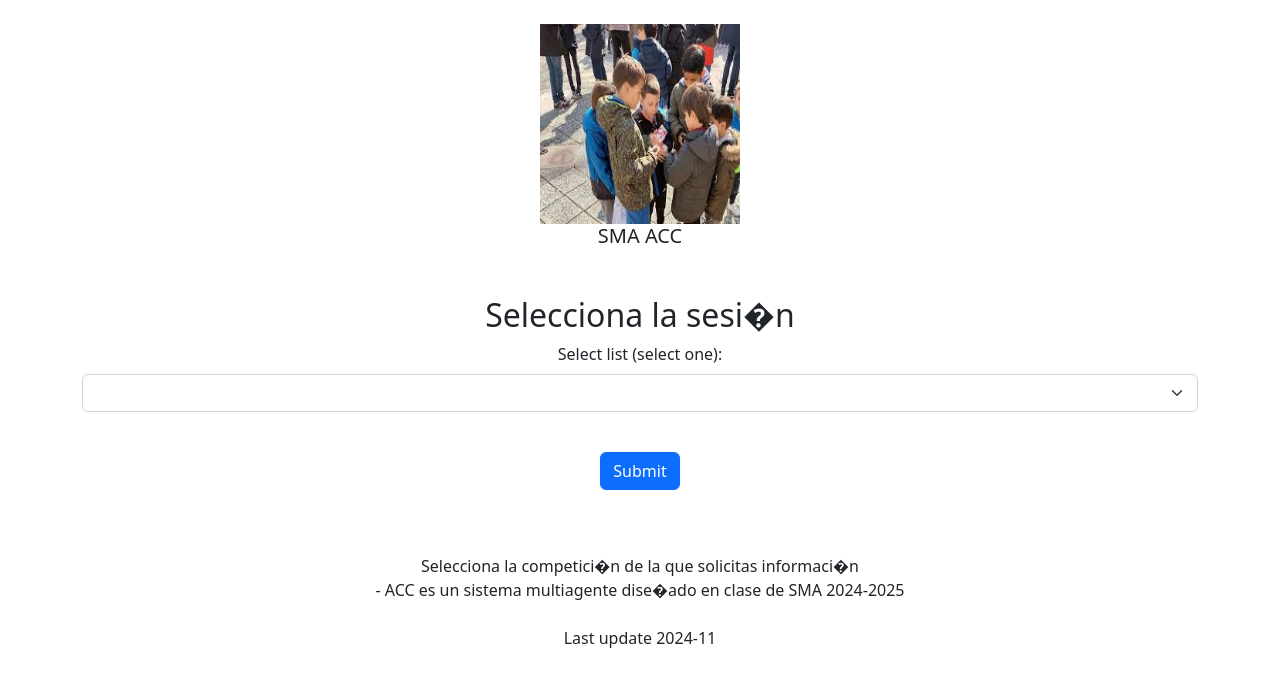
Repository: MAFernandezGraciani/SMA_ACC_2024_2025
Page: http://localhost/
These files come from the project's save history. The page is drawn as it stood at one moment and after the next save; the edit follows.
The browser window is 1280 px wide. The pictures show the whole page.
The page is run by PHP 8.4 with error messages shown; the project is at /var/www/html/. Queries for data that is not in the repository find no rows.

Above is the page before, as saved 2024-11-29 10:21:49.

After the next save:
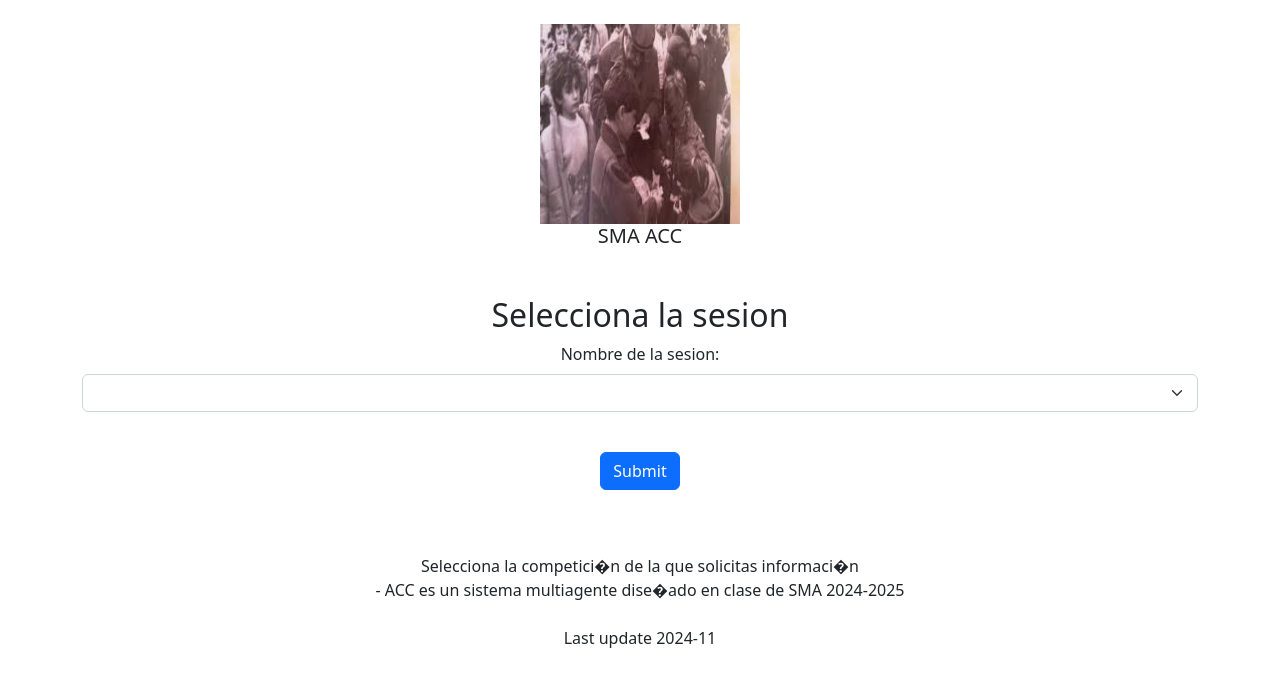
Saved 8 h 31 min later.
--- a/2024_2025_web/acc_data/index.php
+++ b/2024_2025_web/acc_data/index.php
@@ -44,17 +44,17 @@ $conexion_BBDD = conect_Bdd($Bdd_host,$Bdd_user,$Bdd_Pass,$Bdd);
 -->
 <br/>
 <center>
-<img width=200 height=200 src="imagenes/cambiacromos_01.jpeg">
+<img width=200 height=200 src="imagenes/cambiando_cromos_01.jpeg">
 <br/>
 	<h5>SMA ACC</h5>
 	</br>
 
 	<div class="container mt-3">
-	  <h2>Selecciona la sesión</h2>
+	  <h2>Selecciona la sesion</h2>
 	  <form action="acc_Data.php">
-	    <label for="sel1" class="form-label">Select list (select one):</label>
-	    <select class="form-select" id="sel1" name="Sesion">
-	<?php
+	    <label for="sel1" class="form-label">Nombre de la sesion:</label>
+	    <select class="form-select" id="sel1" name="sesion">
+	    <?php
 		$str_sesiones="SELECT IdSesion,Nombre_sesion,date_sesion FROM sesiones";
 //		$rs_competition=mysql_query($str_competition);
 		$rs_sesiones = mysqli_query($conexion_BBDD, $str_sesiones);
